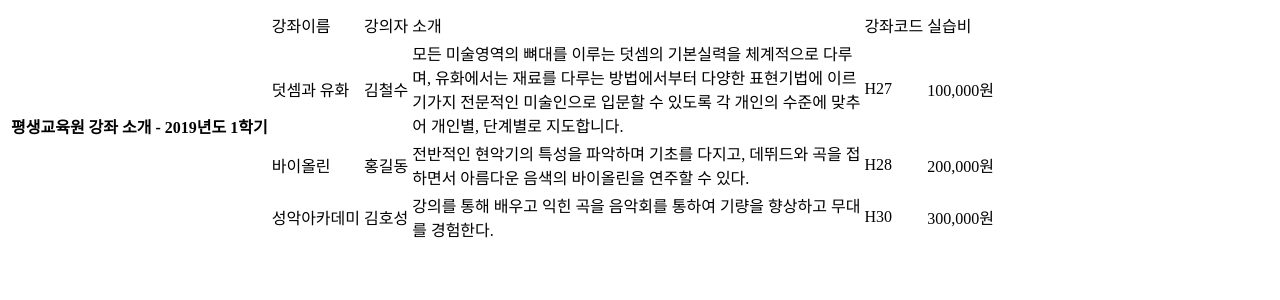
Repository: yul3220/WebProgrammingLecture
Page: webpro/WebContent/2021-01-06/강좌테이블.html
These files come from the project's save history. The page is drawn as it stood at one moment and after the next save; the edit follows.
The browser window is 1280 px wide. The pictures show the whole page.

Above is the page before, as saved 2021-01-06 00:45:53.

After the next save:
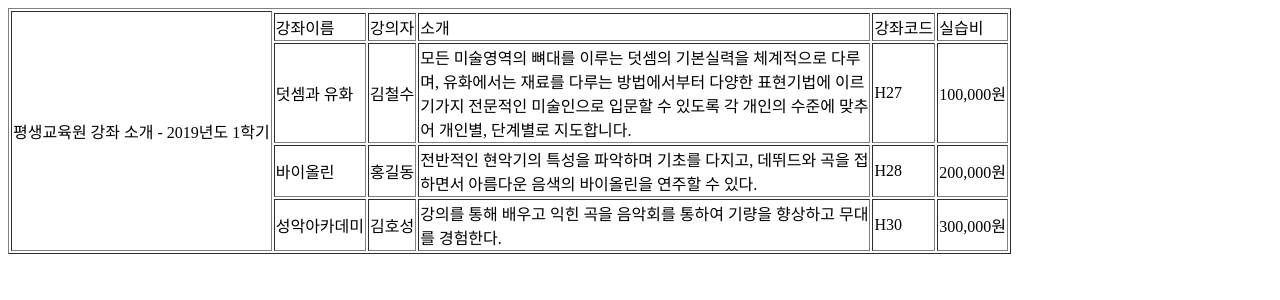
Saved 25 s later.
--- a/webpro/WebContent/2021-01-06/강좌테이블.html
+++ b/webpro/WebContent/2021-01-06/강좌테이블.html
@@ -5,9 +5,9 @@
 <title>Insert title here</title>
 </head>
 <body>
-<table>
+<table border = "1">
    <tr>
-     <th rowspan = "5">평생교육원 강좌 소개 - 2019년도 1학기</th>
+     <td rowspan = "5">평생교육원 강좌 소개 - 2019년도 1학기</td>
    </tr>
 
    <tr>
